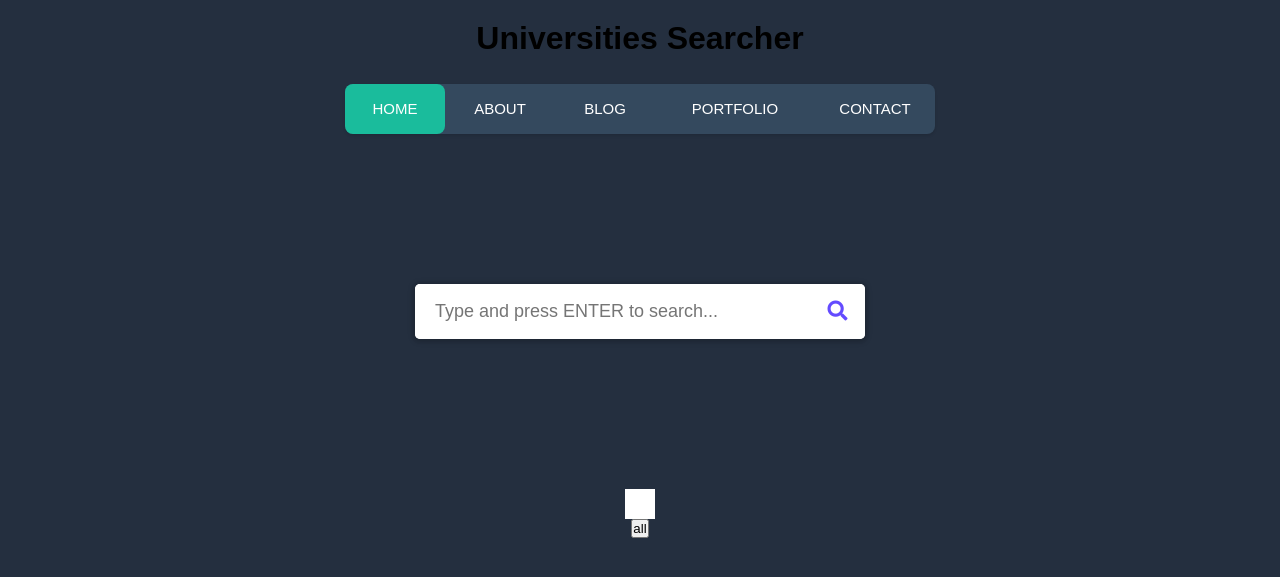
Repository: tommydj9/uni
Page: web/src/index.html
An editor plug-in stored every save of this project. The page is shown before and after the next save, followed by the edit.
The browser window is 1280 px wide. The pictures show the whole page.
The page's requests for data from a server got no answer.

Above is the page before, as saved 2022-07-19 13:47:36.
Console error: ReferenceError: $ is not defined

### web/src/index.html
<!DOCTYPE html>
<html lang="en">

<head>
    <meta charset="UTF-8">
    <meta http-equiv="X-UA-Compatible" content="IE=edge">
    <meta name="viewport" content="width=device-width, initial-scale=1.0">
    <title>Uni</title>
    <link rel="stylesheet" href="style.css">
    <meta name="viewport" content="width=device-width, initial-scale=1.0">
    <link rel="stylesheet" href="https://cdnjs.cloudflare.com/ajax/libs/font-awesome/5.15.3/css/all.min.css" />
    <script language="JavaScript" type="index.js/JavaScript"></script>

</head>

<body>



    <div id="title">
        <h1>Universities Searcher</h1>
    </div>





    <header>
        <div id="nav" class="container">

            <h1 class="logo"></h1>


            <nav>
                <a href="#pagina2">Home</a>
                <a href="#">About</a>
                <a href="#">Blog</a>
                <a href="#">Portfolio</a>
                <a href="#">Contact</a>
                <div class="animation start-home"></div>
            </nav>


        </div>
    </header>


    <div class="wrapper">
        <div class="search-input">
            <input id="search-input-text" type="text" onkeyup=" onSearchInputKeyUp(event)"
                placeholder="Type and press ENTER to search...">
            <div class="icon"><i class="fas fa-search"></i></div>
        </div>
    </div>

    <div id="universities">
        <!-- Ogni università sarà fatta così, ma le creiamo in JS
        <div class="university">
            <h2>Uni 1</h2>
            <img src="https://upload.wikimedia.org/wikipedia/it/b/be/Logo_Politecnico_Milano.png">
            <p>asdasdasdasdas</p>
        </div>
        -->




    </div>
    <div id="loader-wrapper">
        <span class="loader"><span class="loader-inner"></span></span>
    </div>


    <div id="allUni"><button id="allBtn">all</button></div>




    <script src="https://cdn.jsdelivr.net/npm/axios/dist/axios.min.js"></script>
    <script src="index.js"></script>
</body>

</html>

### web/src/style.css
body {
  text-align: center;
  font-family: 'Segoe UI', Tahoma, Geneva, Verdana, sans-serif;
  background: #644bff;
  padding: 20px;
}

a {
  text-decoration: none;
}

@import url('https://fonts.googleapis.com/css2?family=Poppins:wght@200;300;400;500;600;700&display=swap');

* {
  margin: 0;
  padding: 0;
  box-sizing: border-box;
  font-family: 'Poppins', sans-serif;
}


::selection {
  color: #fff;
  background: #664AFF;
}

.wrapper {
  max-width: 450px;
  margin: 150px auto;
}

.wrapper .search-input {
  background: #fff;
  width: 100%;
  border-radius: 5px;
  position: relative;
  box-shadow: 0px 1px 5px 3px rgba(0, 0, 0, 0.12);
}

.search-input input {
  height: 55px;
  width: 100%;
  outline: none;
  border: none;
  border-radius: 5px;
  padding: 0 60px 0 20px;
  font-size: 18px;
  box-shadow: 0px 1px 5px rgba(0, 0, 0, 0.1);
}

.search-input.active input {
  border-radius: 5px 5px 0 0;
}

.search-input .autocom-box {
  padding: 0;
  opacity: 0;
  pointer-events: none;
  max-height: 280px;
  overflow-y: auto;
}

.search-input.active .autocom-box {
  padding: 10px 8px;
  opacity: 1;
  pointer-events: auto;
}

.autocom-box li {
  list-style: none;
  padding: 8px 12px;
  display: none;
  width: 100%;
  cursor: default;
  border-radius: 3px;
}

.search-input.active .autocom-box li {
  display: block;
}

.autocom-box li:hover {
  background: #efefef;
}

.search-input .icon {
  position: absolute;
  right: 0px;
  top: 0px;
  height: 55px;
  width: 55px;
  text-align: center;
  line-height: 55px;
  font-size: 20px;
  color: #644bff;
  cursor: pointer;
}

@import url('https://fonts.googleapis.com/css?family=Open+Sans&display=swap');

body {
  font-family: 'Open Sans', sans-serif;
  background: #2c3e50;
}

nav {
  position: relative;
  margin: 27px auto 0;
  width: 590px;
  height: 50px;
  background: #34495e;
  border-radius: 8px;
  font-size: 0;
  box-shadow: 0 2px 3px 0 rgba(0, 0, 0, .1);
}

nav a {
  font-size: 15px;
  text-transform: uppercase;
  color: white;
  text-decoration: none;
  line-height: 50px;
  position: relative;
  z-index: 1;
  display: inline-block;
  text-align: center;
}

nav .animation {
  position: absolute;
  height: 100%;
  /* height: 5px; */
  top: 0;
  /* bottom: 0; */
  z-index: 0;
  background: #1abc9c;
  border-radius: 8px;
  transition: all .5s ease 0s;
}

nav a:nth-child(1) {
  width: 100px;
}

nav .start-home,
a:nth-child(1):hover~.animation {
  width: 100px;
  left: 0;
}

nav a:nth-child(2) {
  width: 110px;
}

nav .start-about,
a:nth-child(2):hover~.animation {
  width: 110px;
  left: 100px;
}

nav a:nth-child(3) {
  width: 100px;
}

nav .start-Pricing,
a:nth-child(3):hover~.animation {
  width: 100px;
  left: 210px;
}

nav a:nth-child(4) {
  width: 160px;
}

nav .start-contact,
a:nth-child(4):hover~.animation {
  width: 160px;
  left: 310px;
}

nav a:nth-child(5) {
  width: 120px;
}

nav .start-Portfolio,
a:nth-child(5):hover~.animation {
  width: 120px;
  left: 470px;
}

#universities {
  max-width: 1650px;
  margin: 0 auto;
}

.university {
  margin: 20px;
  padding: 15px;
  background-color: white;
  border-radius: 20px;
  display: inline-block;
  width: 500px;
  height: 400px;
  text-align: center;
  cursor: pointer;
}

.university img {
  height: 300px;
  padding-top: 15px;
  padding-bottom: 15px;
  box-shadow: #34495e;
}

body,
html {
  height: 100%;
  text-align: center;
}

body {
  background-color: #242F3F;
}

.loader {
  display: inline-block;
  width: 30px;
  height: 30px;
  position: relative;
  border: 4px solid #Fff;
  top: 50%;
  animation: loader 2s infinite ease;
}

.loader-inner {
  vertical-align: top;
  display: inline-block;
  width: 100%;
  background-color: #fff;
  animation: loader-inner 2s infinite ease-in;
}

@keyframes loader {
  0% {
    transform: rotate(0deg);
  }

  25% {
    transform: rotate(180deg);
  }

  50% {
    transform: rotate(180deg);
  }

  75% {
    transform: rotate(360deg);
  }

  100% {
    transform: rotate(360deg);
  }
}

@keyframes loader-inner {
  0% {
    height: 0%;
  }

  25% {
    height: 0%;
  }

  50% {
    height: 100%;
  }

  75% {
    height: 100%;
  }

  100% {
    height: 0%;
  }
}

### web/src/index.js


const serverAddress = 'http://127.0.0.1:5000' // 127.0.0.1 è in HTTP l'indirizzo locale
// Cioè localhost
// Cioè, il tuo computer
// Ci va bene solo finché siamo in fase di sviluppo e lavoriamo sul nostro computer.
function getUniversities() {

    const searchInput = document.getElementById('search-input-text').value;


    axios.get(serverAddress + `/universities?search=${searchInput}`)
        .then(function (response) {
            // handle success

            const listOfUniversities = response.data.universities;

            document.getElementById("universities").replaceChildren([]);

            for (let i = 0; i < 10; i++) {

                const university = listOfUniversities[i]
                const universityNode = document.createElement('div');
                const universityTitleNode = document.createElement('h2');
                const universityImageNode = document.createElement('img');
                const universityDescriptionNode = document.createElement('p');
                universityTitleNode.innerText = university.name;
                universityImageNode.src = university.imgSrc;
                universityDescriptionNode.innerText = university.description;
                universityNode.classList.add('university');
                universityNode.appendChild(universityTitleNode);
                universityNode.appendChild(universityImageNode);
                universityNode.appendChild(universityDescriptionNode);

                document.getElementById("universities").appendChild(universityNode);

            }
        })
        .catch(function (error) {
            // handle error
            console.log(error);
        })
}

function onSearchInputKeyUp(e) {
    if (e.key === 'Enter') {
        getUniversities();
    }

    if (e.key.value === 'ciao') {
        alert('ciao');
    }


    if (e.key.value === 'ciao') {
        getUniversities();
    }

}

function onLoad() {
    // Quello che vogliamo che succeda non appena la pagina ha finito di caricare la prima volta.
    getUniversities();
    let load = document.getElementById('');
}

window.onload = onLoad;


$(window).on("load", function () {
    $(".loader-wrapper").fadeOut("slow");
})

After the next save:
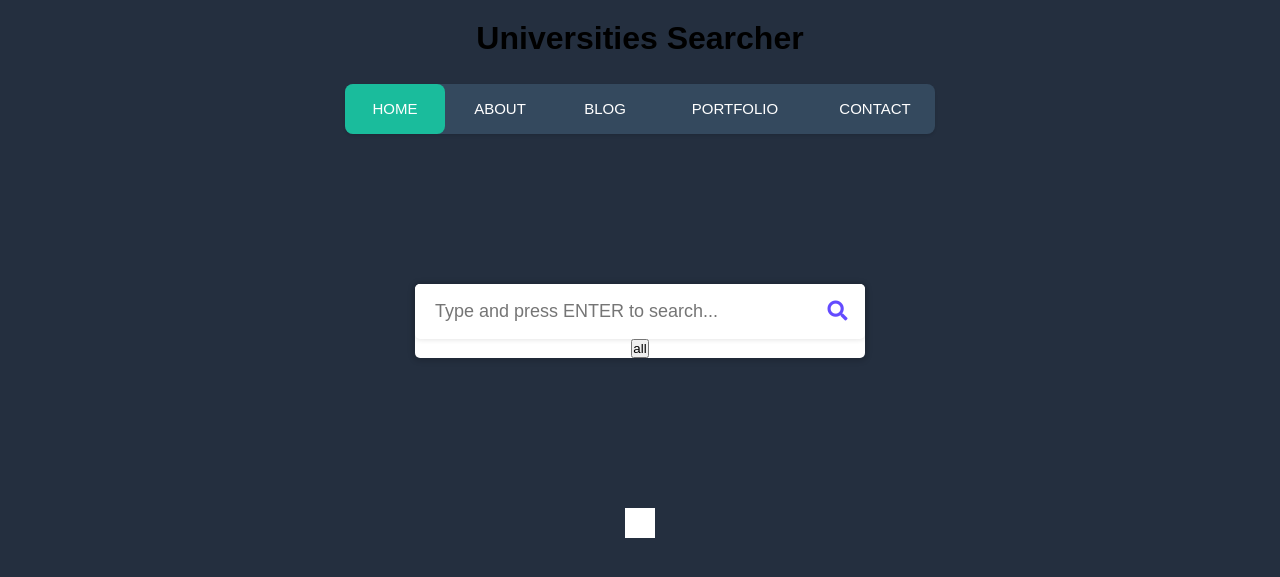
Saved 41 s later.
--- a/web/src/index.html
+++ b/web/src/index.html
@@ -50,6 +50,7 @@
             <input id="search-input-text" type="text" onkeyup=" onSearchInputKeyUp(event)"
                 placeholder="Type and press ENTER to search...">
             <div class="icon"><i class="fas fa-search"></i></div>
+            <div id="allUni"><button id="allBtn">all</button></div>
         </div>
     </div>
 
@@ -71,7 +72,7 @@
     </div>
 
 
-    <div id="allUni"><button id="allBtn">all</button></div>
+
 
 
 
